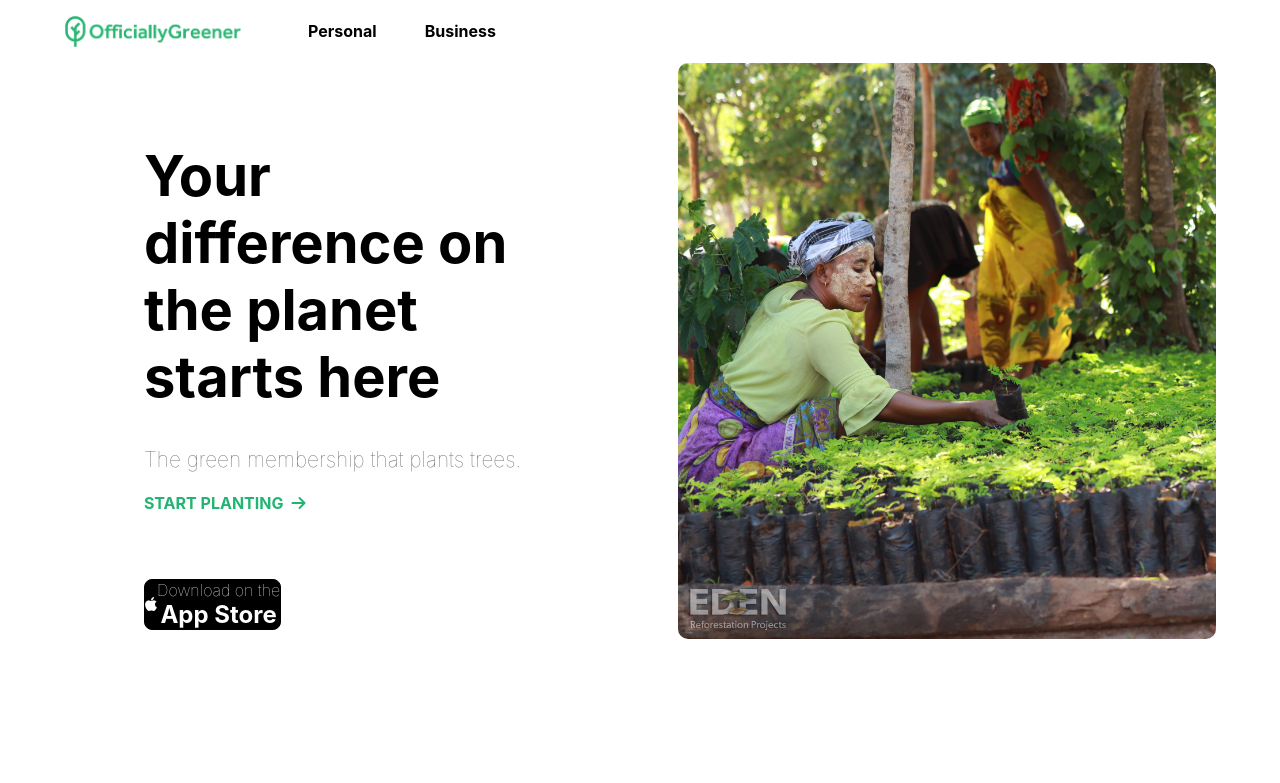
Repository: Sinkycode/Officially-Greener-v2
Page: index.html
An editor plug-in stored every save of this project. The page is shown before and after the next save, followed by the edit.
The browser window is 1280 px wide. The pictures show the whole page.
Some web libraries are served in a nearby version.

Above is the page before, as saved 2023-03-08 15:58:39.

After the next save:
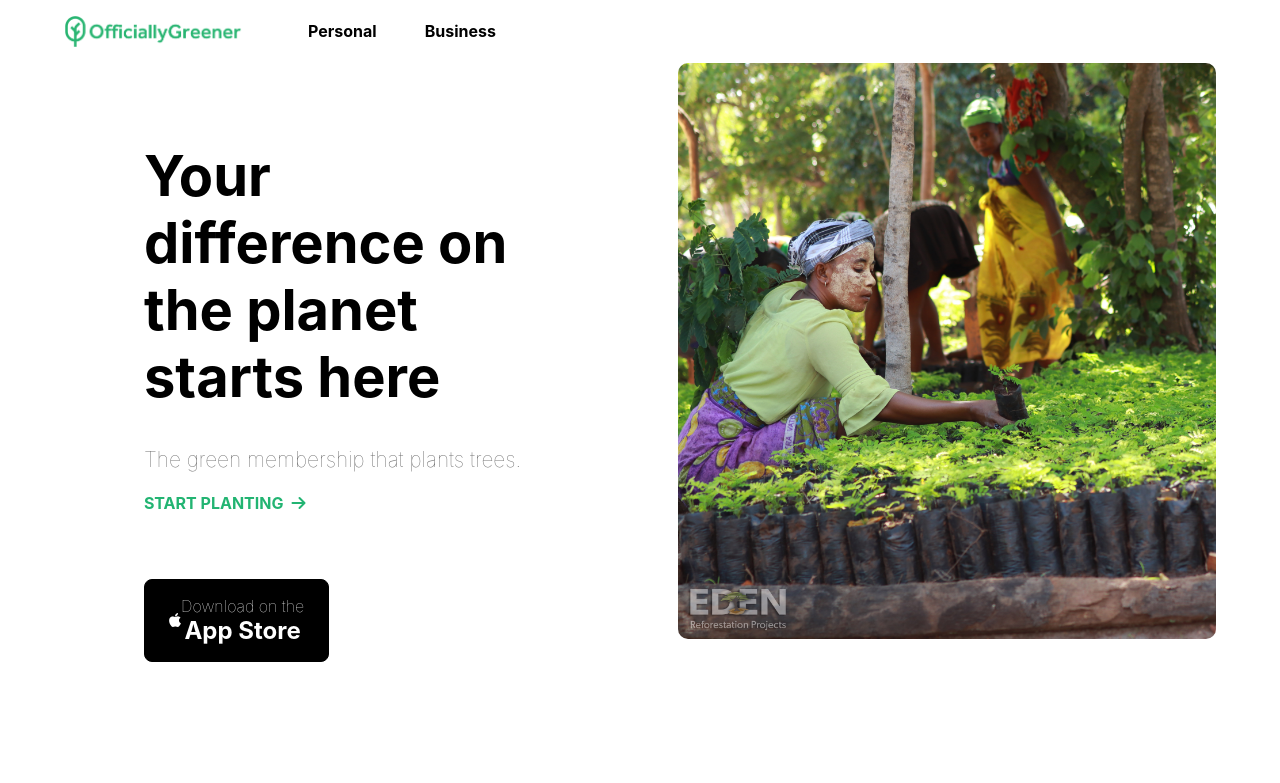
Saved 17 s later.
--- a/style.css
+++ b/style.css
@@ -164,6 +164,7 @@
   color: var(--neutral-100);
   background-color: rgb(0, 0, 0);
   border: 1px solid black;
+  padding: 1rem 1.5rem;
   display: flex;
   align-items: center;
   border-radius: var(--box-radius);
